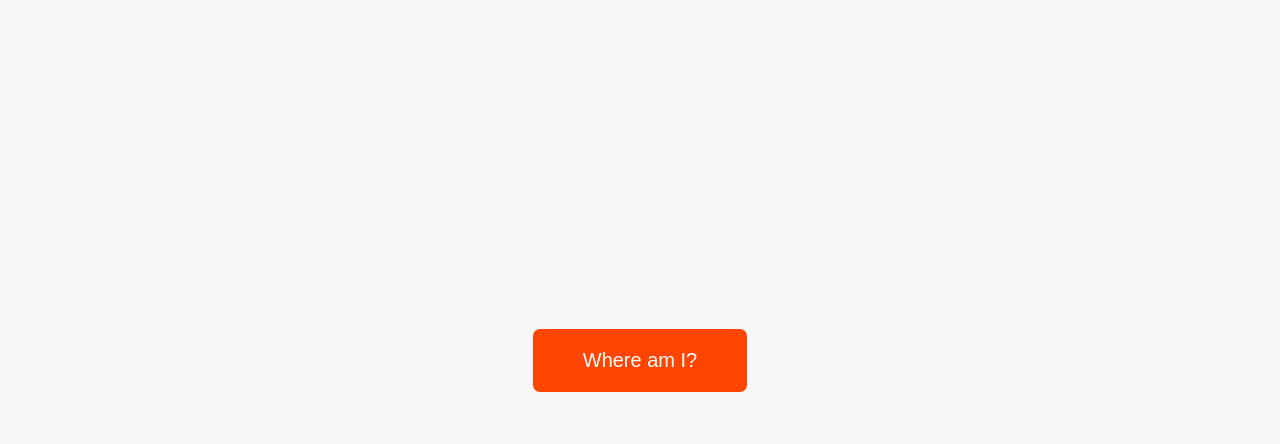
Repository: otvertka/jsc_16
Page: index.html
An editor plug-in stored every save of this project. The page is shown before and after the next save, followed by the edit.
The browser window is 1280 px wide. The pictures show the whole page.
The page's requests for data from a server got no answer.

Above is the page before, as saved 2023-03-12 12:23:25.

After the next save:
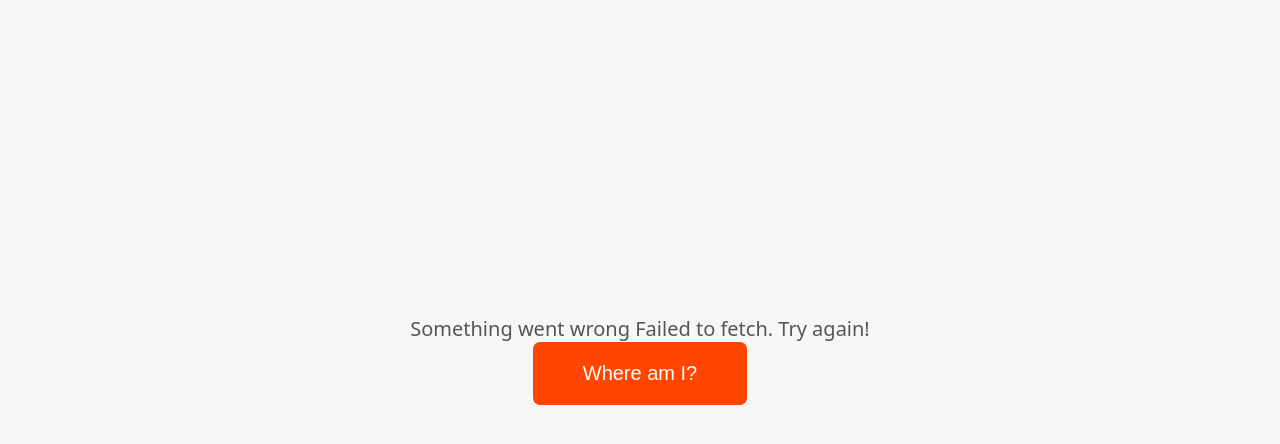
Saved 42 s later.
--- a/script.js
+++ b/script.js
@@ -107,6 +107,8 @@ const getCountryData = function (country) {
       countriesContainer.style.opacity = 1;
     });
 };
+
+getCountryData('portugal');
 // // const getCountryData = function (country) {
 // //   fetch(`https://restcountries.eu/rest/v2/name/${country}`)
 // //     .then(response => response.json())

After the 4 saves that followed:
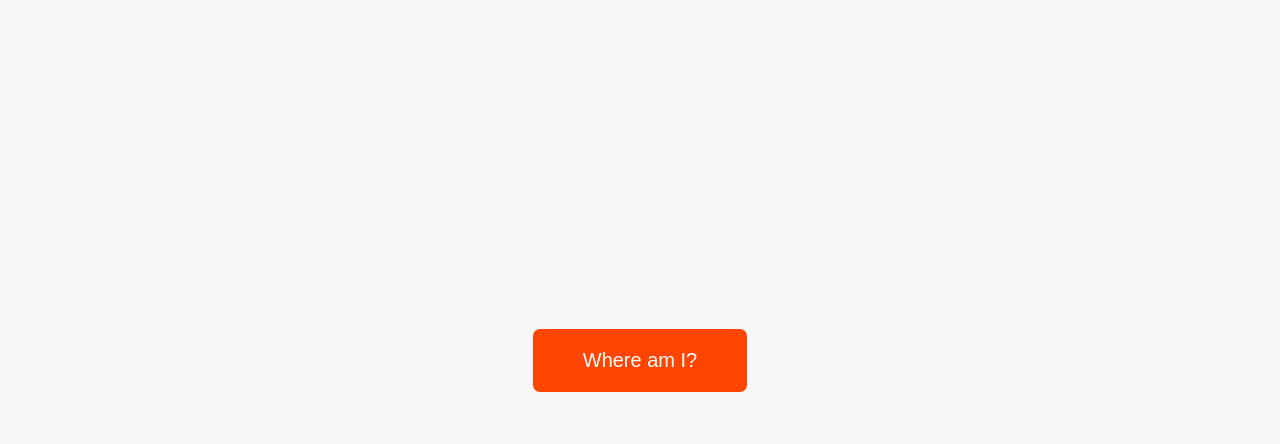
The 4 saves are shown as one change because 3 left the picture as it was.
The last was saved 2 min 44 s later.
--- a/script.js
+++ b/script.js
@@ -89,20 +89,20 @@ const getCountryData = function (country) {
   fetch(`https://restcountries.com/v3.1/name/${country}`) //   fetch(`https://restcountries.eu/rest/v2/name/${country}`)
     .then(response => response.json())
     .then(data => {
-      renderCountry(data[0]);
-      // console.log(data[0]);
+      // renderCountry(data[0]);
+      console.log(data[0]);
       const neighbour = data[0].borders[0];
 
       if (!neighbour) return;
       //Country 2
       return fetch(`https://restcountries.com/v3.1/alpha/${neighbour}`);
     })
-    .then(response => response.json())
-    .then(data => renderCountry(data, 'neighbour'))
-    .catch(err => {
-      console.log(`${err} 💥💥💥`);
-      renderError(`Something went wrong ${err.message}. Try again!`);
-    })
+    // .then(response => response.json())
+    // .then(data => renderCountry(data, 'neighbour'))
+    // .catch(err => {
+    //   console.log(`${err} 💥💥💥`);
+    //   renderError(`Something went wrong ${err.message}. Try again!`);
+    // })
     .finally(() => {
       countriesContainer.style.opacity = 1;
     });
